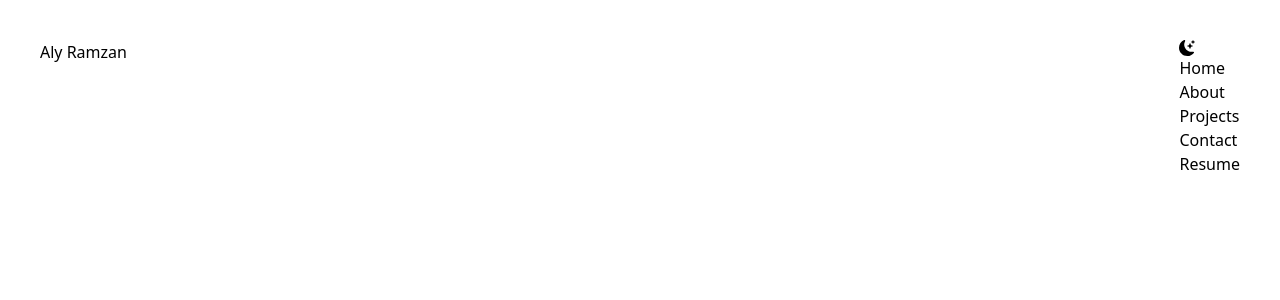
Repository: Sheraliramzan/alyportfolio
Page: /
These files come from the project's save history. The page is drawn as it stood at one moment and after a run of saves; the edit follows.
The browser window is 1280 px wide. The pictures show the whole page.
The project was rebuilt for these pictures with package versions that can differ from the ones it lists, and the page was loaded fresh each time. The framework's server and built-in components were replaced by stand-ins that run in the browser. Also part of the build but not shown: next.config.js.

Above is the page before, as saved 2023-03-05 17:15:46.

### pages/index.js
import Head from 'next/head'
import {BsFillMoonStarsFill} from 'react-icons/bs'


export default function Home() {
  return (
    <>
      <Head>
        <title>Aly's Portfolio</title>
        <meta name="description" content="Generated by create next app" />
        <meta name="viewport" content="width=device-width, initial-scale=1" />
        <link rel="icon" href="/assets/logo.png" />
      </Head>
      <main className='bg-white px-10 '>
        <section className="bg-white min-h-screen ">
        <nav className='py-10 mb-12 flex justify-between'>
          <h1>Aly Ramzan</h1>
          <ul className=''>
            <li><BsFillMoonStarsFill/></li>
            <li>Home</li>
            <li>About</li>
            <li>Projects</li>
            <li>Contact</li>
            <li><a href='#'>Resume</a></li>
          </ul>
        </nav>
        </section>
      </main>
    </>
  )
}

### styles/globals.css
@tailwind base;
@tailwind components;
@tailwind utilities;

* {
  box-sizing: border-box;
}

html,
body {
  max-width: 100vw;
  overflow-x: hidden;
}

body {
  color: rgb(var(--foreground-rgb));
  background: linear-gradient(
      to bottom,
      transparent,
      rgb(var(--background-end-rgb))
    )
    rgb(var(--background-start-rgb));
}

a {
  color: inherit;
  text-decoration: none;
}

@font-face {
  font-family: "Helvetica Neue";
}

Loaded but not shown: pages/_app.js (common file); pages/_document.js (common file); tailwind.config.js (common file)

After the next 4 saves:
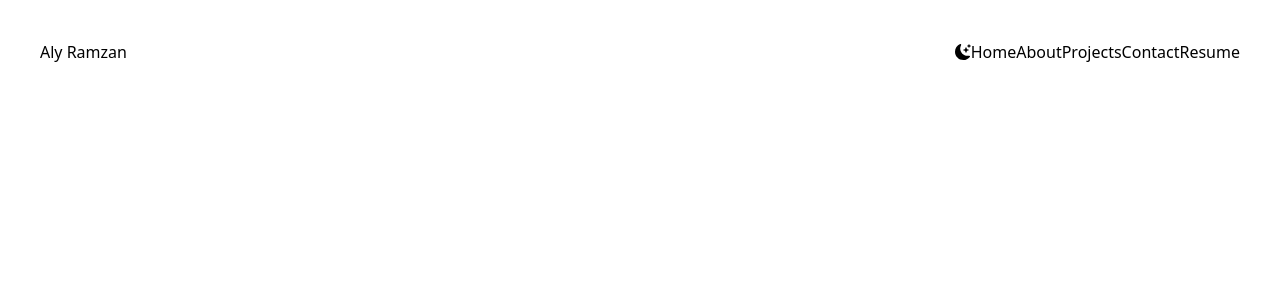
The 4 saves are shown as one change because they came seconds apart.
The last was saved 11 s later.
--- a/pages/index.js
+++ b/pages/index.js
@@ -15,7 +15,7 @@
         <section className="bg-white min-h-screen ">
         <nav className='py-10 mb-12 flex justify-between'>
           <h1>Aly Ramzan</h1>
-          <ul className=''>
+          <ul className='flex items-center'>
             <li><BsFillMoonStarsFill/></li>
             <li>Home</li>
             <li>About</li>
